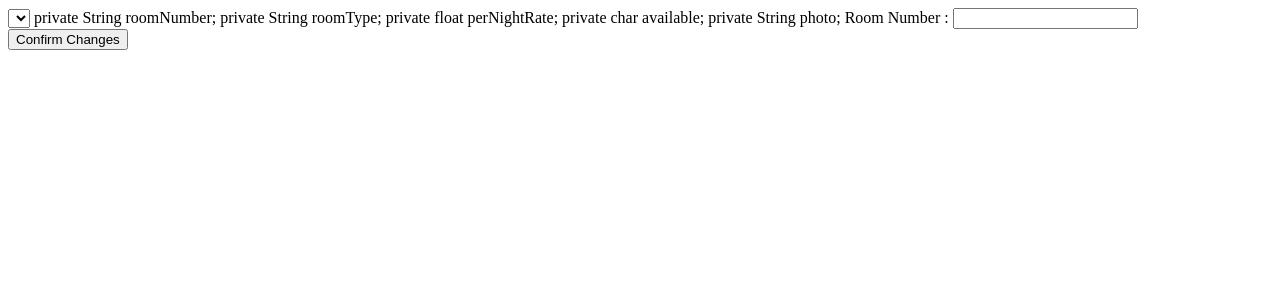
Repository: dishangjain/SpringProject
Page: http://localhost/HotelBookingManagementSystem/JSPs/AddNewRoom.jsp
The author's editor kept a copy of each file at every save. The page is drawn from the files as they stood at one save, then again after the next save.
The browser window is 1280 px wide. The pictures show the whole page.
The page is served by Tomcat 9. Nobody is signed in. The application's start-up code is not run. Other server files are loaded and not shown. The template is opened directly, without the code that normally fills it, so the values that code supplies are empty.

Above is the page before, as saved 2017-10-14 11:11:18.

### HotelBookingManagementSystem/WebContent/JSPs/AddNewRoom.jsp
<%@ page language="java" contentType="text/html; charset=ISO-8859-1"
    pageEncoding="ISO-8859-1"%>

     <%@ taglib uri="http://java.sun.com/jsp/jstl/core" prefix="c"%>
        <%@ taglib uri="http://www.springframework.org/tags/form" prefix="form"%>
<!DOCTYPE html PUBLIC "-//W3C//DTD HTML 4.01 Transitional//EN" "http://www.w3.org/TR/html4/loose.dtd">
<html>
	<head>
		<meta http-equiv="Content-Type" content="text/html; charset=ISO-8859-1">
		<title>Add new Room</title>
	</head>
	<body>

		<form:form method="post" action="insertRoom.do">
			<select name="hotelID">
					<c:forEach items="${ hotelList }" var="hotel">
						<option value="${hotel.hotelID }">${hotel.hotelName }</option>
					</c:forEach>
			</select>

	private String roomNumber;
	private String roomType;
	private float perNightRate;
	private char available;
	private String photo;


			<label for="roomNumber">Room Number :</label>
		  		<form:input path="roomNumber" id="roomNumber" type="text"/><br/>


			<input type="submit" value="Confirm Changes"/>

		</form:form>

	</body>
</html>

After the next save:
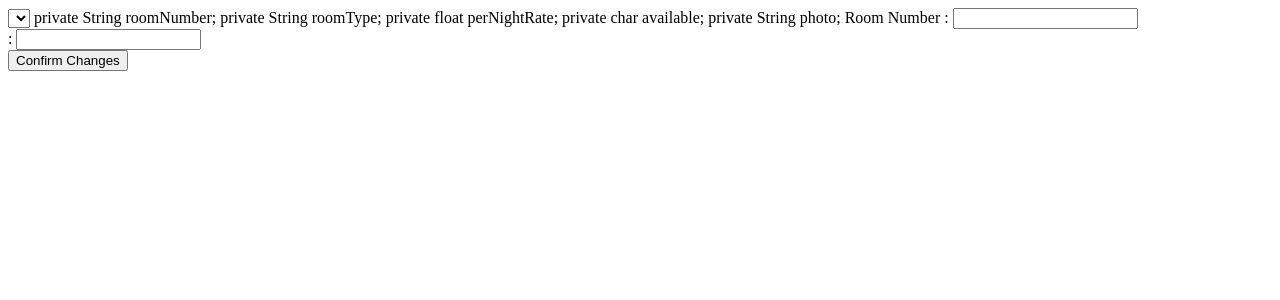
Saved 25 s later.
--- a/HotelBookingManagementSystem/WebContent/JSPs/AddNewRoom.jsp
+++ b/HotelBookingManagementSystem/WebContent/JSPs/AddNewRoom.jsp
@@ -28,6 +28,9 @@
 			<label for="roomNumber">Room Number :</label>
 		  		<form:input path="roomNumber" id="roomNumber" type="text"/><br/>
 
+		  	<label for=""> :</label>
+		  		<form:input path="" id="" type="text"/><br/>
+
 
 			<input type="submit" value="Confirm Changes"/>
 
